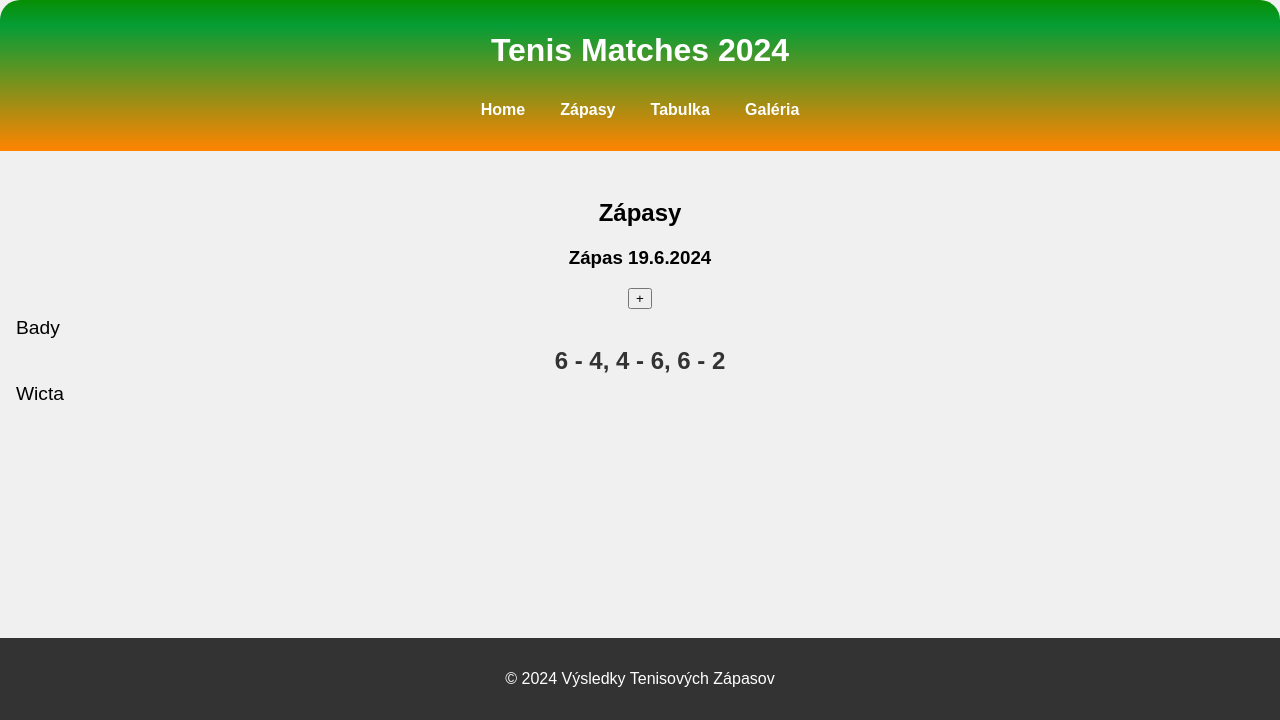
Repository: Badynko/tenis
Page: matches.html
An editor plug-in stored every save of this project. The page is shown before and after the next save, followed by the edit.
The browser window is 1280 px wide. The pictures show the whole page.

Above is the page before, as saved 2024-07-23 17:36:51.

After the next save:
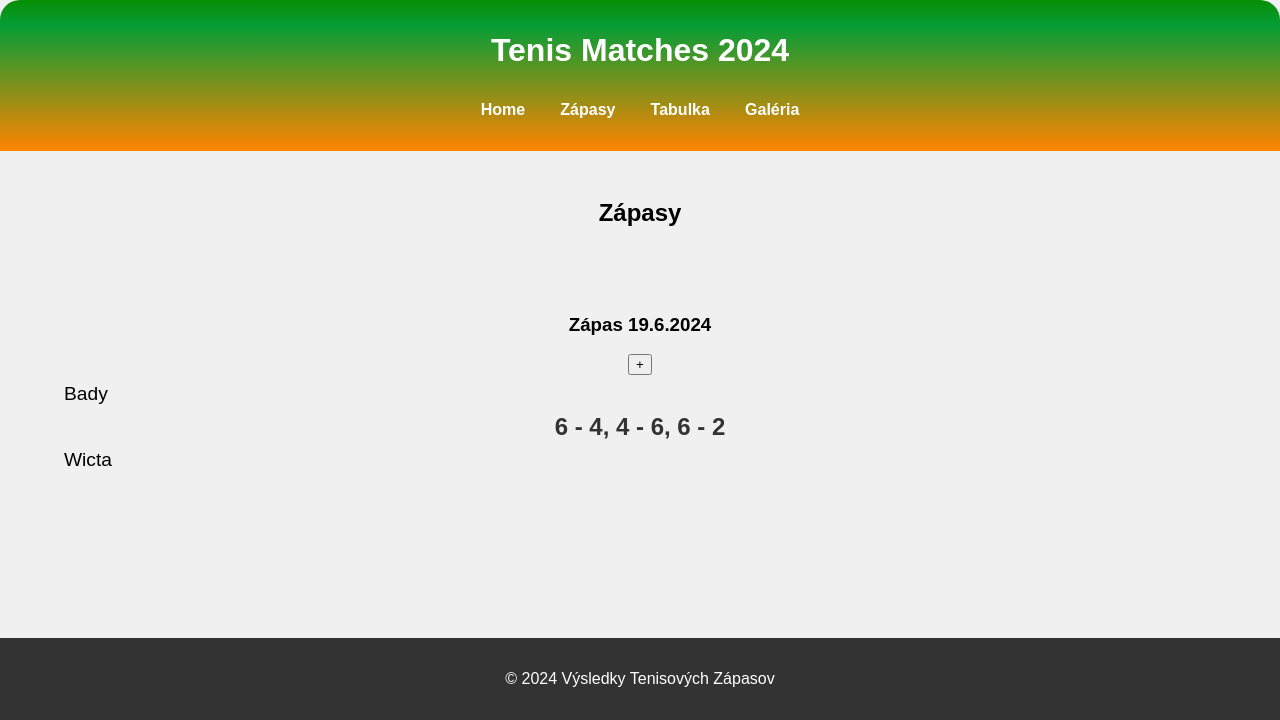
Saved 16 s later.
--- a/css/style.css
+++ b/css/style.css
@@ -140,4 +140,6 @@ footer {
 
 /* Accordion Styles */
 
-.accordion-container;
+.accordion-container {
+  padding: 3rem;
+}
